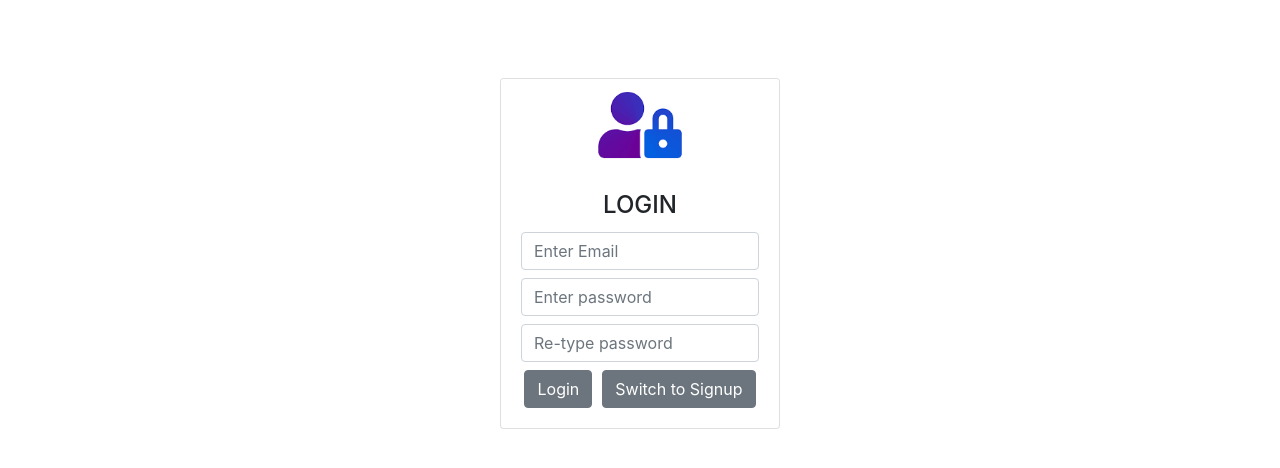
Repository: hosseinemami1370/iranicard
Page: /auth
An editor plug-in stored every save of this project. The page is shown before and after the next save, followed by the edit.
The browser window is 1280 px wide. The pictures show the whole page.
The project was rebuilt for these pictures with package versions that can differ from the ones it lists, and the page was loaded fresh each time. The framework's server and built-in components were replaced by stand-ins that run in the browser. Also part of the build but not shown: nuxt.config.js, components/Header.vue, components/Logo.vue, components/UI/AppButton.vue, components/navigation/Header.vue, layouts/error.vue, layouts/header.vue.

Above is the page before, as saved 2021-03-15 11:18:03.

After the next save:
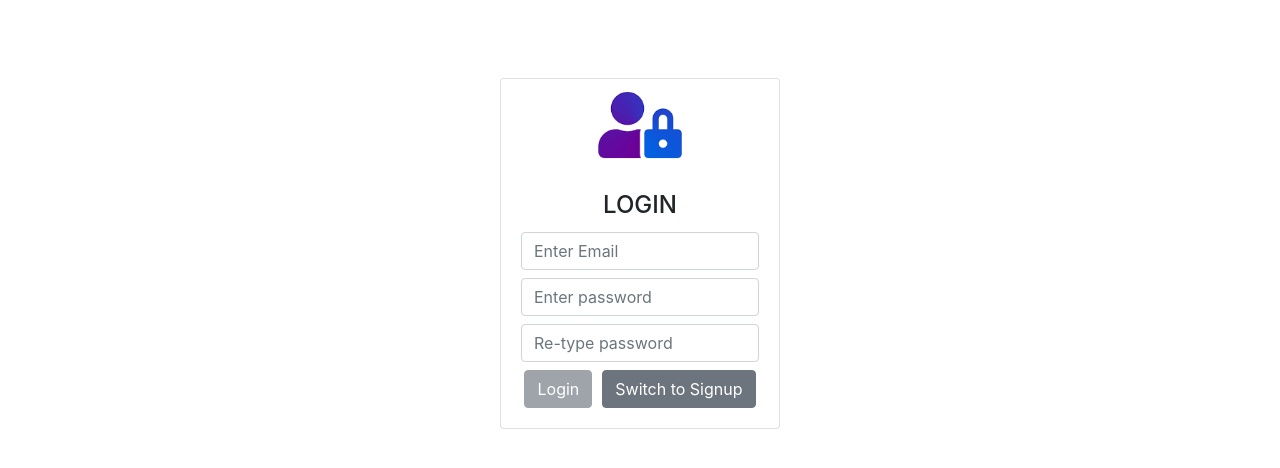
Saved 7 min 2 s later.
--- a/pages/auth/index.vue
+++ b/pages/auth/index.vue
@@ -14,7 +14,7 @@
 
           </b-form-input>
           <div class="mt-2">
-              <b-button type="submit" >{{ isLogin ? 'Login' : 'Sign Up' }}</b-button>
+              <b-button type="submit" :disabled="$v.$invalid" >{{ isLogin ? 'Login' : 'Sign Up' }}</b-button>
               <b-button type="button" style="margin-left:10px" @click="isLogin = !isLogin">Switch to {{ isLogin ? 'Signup' : 'Login' }}</b-button>
           </div>
       </b-form>
